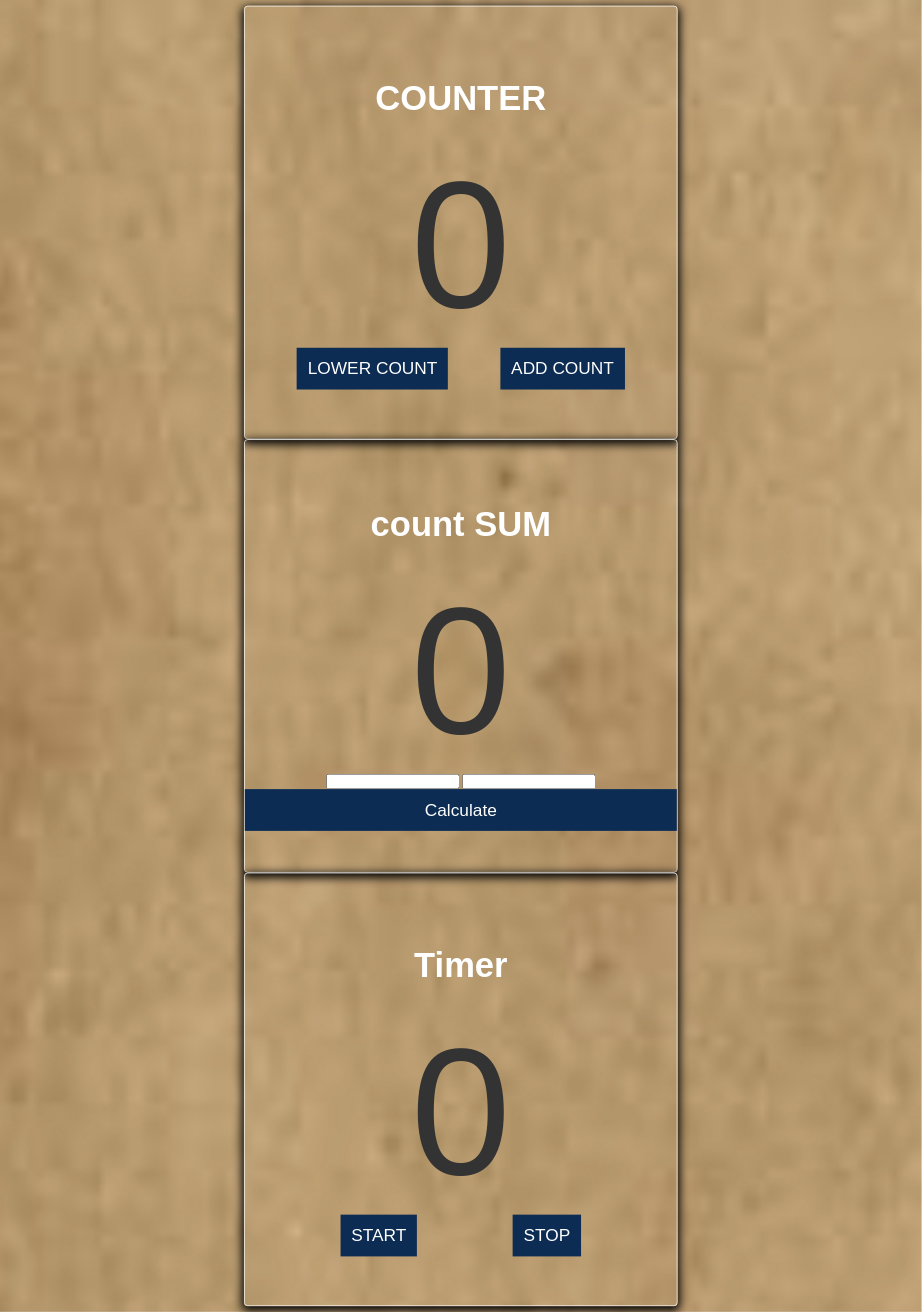
Repository: Hasmik-icml/counter
Page: index.html
These files come from the project's save history. The page is drawn as it stood at one moment and after the next save; the edit follows.
The browser window is 1280 px wide. The pictures show the whole page, at 72% of full size.

Above is the page before, as saved 2022-02-14 18:32:15.

After the next save:
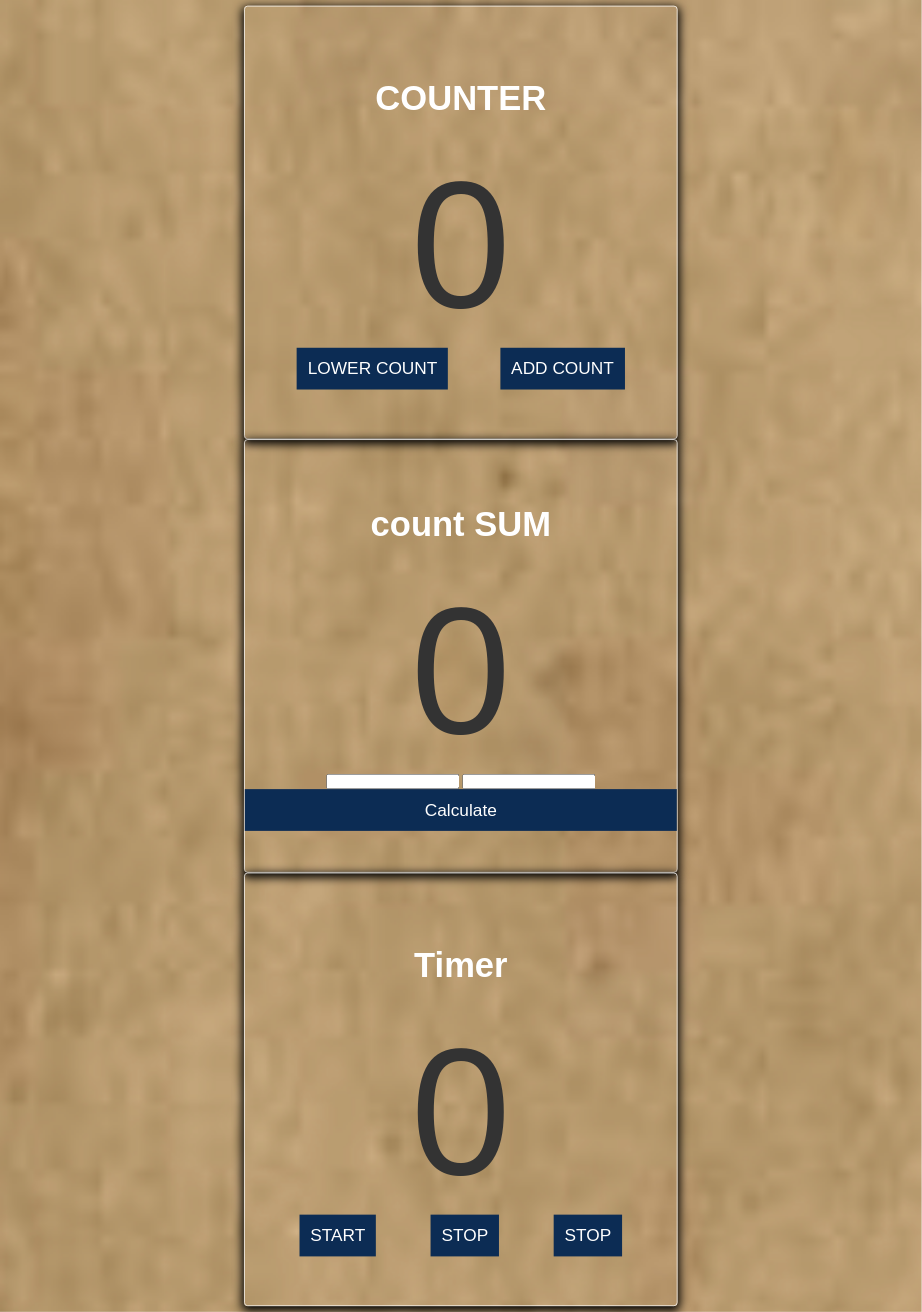
Saved 26 s later.
--- a/index.html
+++ b/index.html
@@ -36,6 +36,7 @@
         <div class="timerButtons buttons">
             <button class="buttonStart button">START</button>
             <button class="buttonStop button">STOP</button>
+            <button class="buttonStop button">STOP</button>
          </div>
         <!--  -->
     </div>
